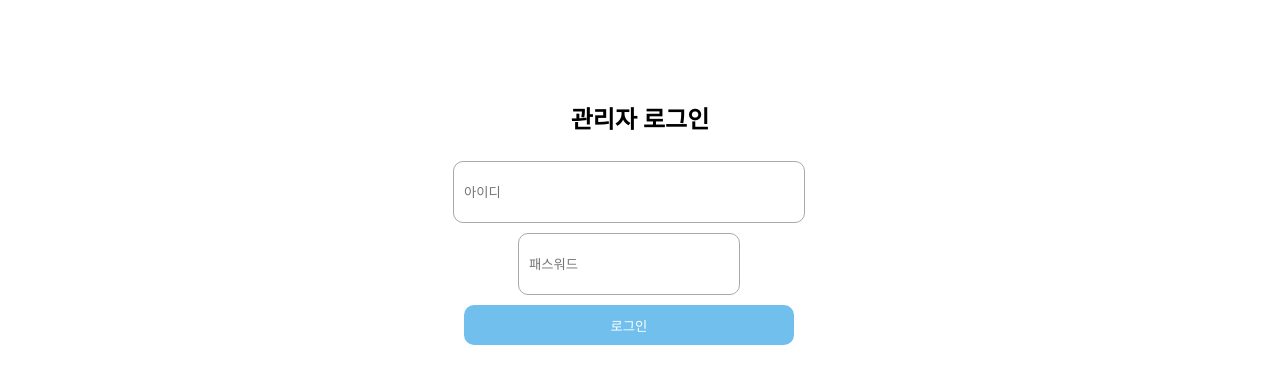
Repository: hystarbit/cinnamorollstore
Page: http://localhost/cinnamorollstore/admin/login/login.jsp
An editor plug-in stored every save of this project. The page is shown before and after the next save, followed by the edit.
The browser window is 1280 px wide. The pictures show the whole page.
Some web fonts or font styles are not loaded; a fallback is used. The page is served by Tomcat 9. Nobody is signed in. The application's start-up code is not run. Other server files are loaded and not shown.

Above is the page before, as saved 2024-09-06 03:08:46.

### cinnamorollstore/src/main/webapp/admin/login/login.jsp
<%@ page language="java" contentType="text/html; charset=UTF-8"
	pageEncoding="UTF-8"%>
<%@ taglib prefix="c" uri="http://java.sun.com/jsp/jstl/core"%>
<c:set var="path" value="${pageContext.request.contextPath}" />
<!DOCTYPE html>
<html>
<head>
<meta charset="UTF-8">
<title>시나모롤 스토어</title>
<link href="${path}/resources/css/main.css" rel="stylesheet" />
</head>

<body>
	<div id="login" class="login">
		<h2 class="login-title">관리자 로그인</h2>
		<form action="../main/adminMain.jsp" method="post" id="loginForm"
			class="loginForm">
			<input type="text" id="user_id" name="user_id" placeholder="아이디" required>
			<br>
			<input type="password" id="password" name="password"
				placeholder="패스워드" style="width:200px" required >
			<br>
			<button type="submit" id="login-submit" class="login-submit">로그인</button>
		</form>
	</div>
</body>

</html>

### cinnamorollstore/src/main/webapp/resources/css/main.css
@font-face {
	font-family: 'TTLaundryGothicB';
	src:
		url('https://fastly.jsdelivr.net/gh/projectnoonnu/2403-2@1.0/TTLaundryGothicB.woff2')
		format('woff2');
	font-weight: 700;
	font-style: normal;
}

ul, menu, li {
	list-style: none;
}

a {
	text-decoration-line: none;
	color: #333;
}

#wrap {
	width: 100%;
	min-width: 1260px;
	margin: 0 auto;
	/* border: 1px solid black; */
}

header {
	max-width: 100%;
}

.top-bar {
	/* position: absolute;
    top: 0;
    right: 0;
    left: 0; */
	min-width: 1000px;
	width: 100%;
	height: 32px;
	background-color: #71BFEC;
	z-index: 4;
	font-size: 11px;
}

#headerMenu {
	/* z-index: 10; */
	list-style: none;
	float: right;
	font-size: 11px;
}

#headerMenu>li {
	float: left;
	height: 26px;
	position: relative;
	color: white;
	padding-right: 12px;
}

#headerMenu>li>a {
	color: white;
}

#menu {
	width: 100%;
	position: relative;
	min-width: 1000px;
	top: 0px;
	z-index: 0;
	overflow: hidden;
	height: 30px;
}

#categoryList {
	position: absolute;
	z-index: 0;
	text-align: center;
	display: flex;
	justify-content: space-evenly;
	align-item: center;
	width: 100%;
}

#categoryList>li {
	color: #333;
	font-family: 'TTLaundryGothicB';
}

hr {
	margin-top: 0.5em;
	margin-bottom: 0.5em;
	margin-left: -0.5em;
	margin-right: -0.5em;
	display: block;
	overflow: hidden;
	border-style: inset;
	border-width: 0.5px;
	color: rgb(207, 207, 207);
}

.middle-bar {
	margin-left: 15px;
	margin-right: 15px;
	margin-top: 20px;
	display: flex;
	position: relative;
	z-index: 3;
}

.logo {
	display: flex;
	position: relative;
	align-items: center;
	margin: 20px 0;
}

.logo>span {
	font-size: 30px;
	color: #71BFEC;
	margin-right: 10px;
	float: left;
	font-family: 'TTLaundryGothicB';
	text-align: center;
	width: 210px;
}

.logo>span>a {
	color: #71BFEC;
}

.search {
	position: relative;
	z-index: 3;
	float: left;
	margin-left: 0;
	margin-right: 22px;
	margin-top: 30px;
	width: calc(100% - 250px);
	height: 48px;
	border: 2px solid #71BFEC;
	border-radius: 24px;
}

#searchItem {
	width: calc(100% - 50px) !important;
	left: 20px;
	color: #333;
	position: absolute;
	padding-right: 0;
	padding-left: 0;
	height: 44px;
	margin: 0;
	border: 0;
	text-indent: 8px;
	font-size: 16px;
	outline: 0;
}

.icon-menu {
	display: flex;
	margin-top: 26px;
}

.icon-menu>li {
	float: left;
	position: relative;
	margin-right: 30px;
	display: flex;
	align-items: center;
	list-style: none;
	font-size: 12px;
	font-family: 'TTLaundryGothicB';
	text-align: center;
}

.my-page, .my-cart {
	display: flex;
	flex-direction: column;
	width: 60px;
}

.my-page-icon, .my-cart-icon {
	display: flex;
	width: 60px;
	justify-content: center;
	align-items: center;
	padding-bottom: 5px;
}

.my-page-title, .my-cart-title {
	width: 60px;
	text-align: center;
}

.login {
	margin: 100px auto;
}

.login>form>input {
	height: 40px;
}

.login-title, #join-title {
	font-family: 'TTLaundryGothicB';
	text-align: center;
}

.loginForm {
	z-index: 3;
	margin-top: 26px;
	margin-right: 22px;
	list-style: none;
	font-size: 12px;
	font-family: 'TTLaundryGothicB';
	text-align: center;
}

.loginForm>input {
	margin-bottom: 10px;
	height: 20px;
	width: 330px;
	border-radius: 10px;
	padding: 10px;
	border: 1px solid darkgrey;
}

.login-submit {
	background-color: #71BFEC;
	color: white;
	height: 40px;
	width: 330px;
	margin-bottom: 10px;
	border-radius: 10px;
	border: 0;
	cursor: pointer;
}

.join-button {
	background-color: #ffffff;
	color: #71BFEC;
	height: 40px;
	width: 330px;
	margin-bottom: 10px;
	border-radius: 10px;
	border: 1px solid #71BFEC;
	cursor: pointer;
}

#item-overview {
	position: relative;
	width: 980px;
	padding: 45px 45px 0 0;
	margin: 0 auto;
}

h2 {
	font-size: 24px;
}

h3 {
	font-family: 'TTLaundryGothicB';
	color: #71BFEC;
	font-size: 18px;
	margin-left: 20px;
}

.item-list {
	display: flex;
	overflow: hidden;
	width: 890px;
	/* width: 980px; */
	/* gap: 20px; */
	/* gap: 10px; */
}

.item {
	/* float: left; */
	width: 180px;
}

.item-image {
	width: 200px;
	margin-bottom: 12px;
	align-items: center;
}

.item-infos {
	display: flex;
	flex-direction: column;
	padding-top: 10px;
	font-size: 14px;
	text-align: center;
}

.item-price {
	font-weight: bold;
	color: #ff7bb0;
	font-size: 18px;
	padding: 5px 0;
}

.footer-menu {
	display: flex;
	justify-content: space-around;
	font-size: 12px;
}

.footer-info {
	width: 100%;
	display: flex;
	justify-content: space-evenly;
	font-size: 12px;
	margin-top: 20px;
}

.footer-logo>p {
	font-size: 20px;
	color: #71BFEC;
	margin-right: 10px;
	font-family: 'TTLaundryGothicB';
	text-align: center;
	align-items: center;
	width: 150px;
}

.footer-logo>p>a {
	color: #71BFEC;
	line-height: 150%;
}

.item-info {
	width: 980px;
	margin: 20px auto;
}

.item-info>h2 {
	font-family: 'TTLaundryGothicB';
}

.item-detail {
	display: flex;
	justify-content: space-around;
	padding: 10px;
}

.item-detail-infos {
	display: flex;
	flex-direction: column;
	justify-content: left;
	font-size: 16px;
	text-align: left;
	padding-top: 10px;
	color: #333;
	font-size: 18px;
	line-height: 200%;
	width: 200px;
}

.item-detail-title {
	margin-right: 10px;
	font-weight: bold;
	font-size: 14px;
}

.item-detail-price {
	color: #ff7bb0;
	font-size: 14px;
}

.item-detail-original-price {
	color: #333;
	text-decoration-line: line-through;
}

.item-detail-count>input {
	width: 30px;
}

.item-detail-delivery-price {
	color: #333;
	font-size: 18px;
}

.left {
	display: block;
	width: 100px;
	float: left;
	text-align: right;
	padding-right: 10px;
}

.item-detail-btn {
	display: flex;
	justify-content: space-between;
	align-items: center;
	margin-top: 20px;
	gap: 10px;
}

.cart {
	width: 140px;
	height: 40px;
	background-color: white;
	border: 1px solid #71BFEC;
	border-radius: 10px;
	color: #71BFEC;
	font-weight: bold;
	cursor: pointer;
	margin: 5px;
}

.cart>a {
	color: #71BFEC;
}

.buy {
	width: 140px;
	height: 40px;
	background-color: #71BFEC;
	border: 1px solid #71BFEC;
	border-radius: 10px;
	color: white;
	font-weight: bold;
	cursor: pointer;
	margin: 5px;
}

.buy>a {
	color: white;
}

.item-cart-infos {
	display: flex;
	flex-direction: column;
	font-size: 12px;
	text-align: left;
	padding-top: 10px;
	color: #333;
	line-height: 150%;
	width: 300px;
}

.item-cart-title {
	font-size: 15px;
	margin-right: 10px;
	font-weight: bold;
}

.itemCategoryCount {
	font-size: 16px;
	color: #333;
	display: flex;
	justify-content: flex-end;
}

.itemCount {
	padding-left: 10px;
}

.itemSelect {
	display: flex;
	justify-content: space-between;
	margin-top: 10px;
	align-items: center;
}

.itemOrders {
	font-size: 16px;
	color: #333;
	display: flex;
	justify-content: flex-start;
	margin-left: -40px;
}

.itemOrder {
	padding-right: 10px;
}

.select {
	width: 80px;
	height: 30px;
	font-size: 16px;
	padding: 4px;
	color: #333;
	border-radius: 6px;
}

.delivery-info {
	margin-left: -20px;
	line-height: 150%;
	font-size: 14px;
}

.method-payment {
	font-size: 14px;
}

.order-info {
	font-size: 14px;
	width: 940px;
	margin: 10px 20px;
	text-align: center;
	border-bottom: 1px solid #333;
	border-collapse: collapse;
	line-height: 150%;
}

.order-info tr th {
	background: #71BFEC;
	color: white;
	border: 1px solid #71BFEC;
}

.order-info tr th a {
	color: white;
}

.order-info-table {
	font-size: 14px;
	width: 940px;
	margin: 10px 20px;
	border-top: 1px solid #333;
	border-bottom: 1px solid #333;
	border-collapse: collapse;
	line-height: 150%;
}

.order-info-table tr {
	border-bottom: 1px solid #333;
}

.table-left {
	color: white;
	font-weight: bold;
	text-align: right;
	padding: 4px;
	border-right: 1px solid #333;
}

.border-all {
	border: 1px solid #333;
}

.table-right {
	color: #333;
	padding: 4px;
	border-left: 1px solid #333;
}

.mypage-bar {
	border: 1px solid #333;
	width: 200px;
}

.order-period {
	text-align: center;
	font-size: 14px;
	margin-top: 20px;
	margin-bottom: 20px;
	display: flex;
	gap: 10px;
	align-items: center;
	justify-content: center;
}

.order-check {
	height: 26px;
	width: 70px;
	border: 0;
	border-radius: 4px;
	background: #71BFEC;
	color: white;
}

.order-item-detail-top {
	display: flex;
	justify-content: space-between;
	margin-top: 10px;
	font-weight: bold;
}

.order-item-detail-top-text {
	display: flex;
	justify-content: space-between;
	gap: 10px;
}

.order-buttons {
	display: flex;
	gap: 10px;
}

.order-button {
	background: white;
	border: 1px solid #71BFEC;
	border-radius: 4px;
	color: #71BFEC;
	height: 26px;
}

.dropdown-menu {
	font-size: 14px;
}

.order-item-detail-middle {
	margin-top: 10px;
	display: flex;
	justify-content: space-between;
	gap: 10px;
}

.order-item-detail-category {
	font-weight: bold;
	font-size: 18px;
}

.order-item-detail-tables {
	display: flex;
	align-items: center;
}

.order-item-detail {
	width: 900px;
	border: 1px solid darkgrey;
}

.order-item-list {
	margin: 20px;
}
/*
.nav{
    margin: 10px 0 0 10px;
    width: 120px;
    border:2px solid #71BFEC;
    border-radius: 10px;
    font-size: 14px;
    font-family: 'TTLaundryGothicB';
}


.nav-link{
    color: #71BFEC;
}


.nav-link:hover{
    color: #71BFEC;
}


.nav-item .disabled{
    background: #71BFEC;
    color: white;
}

.nav-item .active{
    color: #ff7bb0;
}
*/
.modal-title {
	font-family: 'TTLaundryGothicB';
}

.delivery-status-title {
	font-family: 'TTLaundryGothicB';
	font-size: 16px;
	color: #333;
	margin-left: 20px;
}

.modal-footer {
	display: flex;
	justify-content: center;
}

.order-info-title {
	display: flex;
	justify-content: space-between;
	align-items: center;
	/* overflow:scroll; */
}

.edit {
	width: 40px;
	height: 25px;
	margin-right: 20px;
	cursor: pointer;
}

label {
	padding-right: 10px;
}

.content {
	width: 700px;
	height: 100px;
	font-size: 14px;
	resize: none;
	text-align: left;
	/* overflow:scroll; */
}

.delete-account-info p {
	font-size: 14px;
	color: #333;
}

.items-title {
	display: flex;
	justify-content: space-between;
	align-items: center;
}

.paging {
	display: flex;
	justify-content: center;
	align-items: center;
	margin-top: 20px;
}

.page-link {
	font-size: 14px;
	color: #71BFEC;
}

.page-link:visited {
	color: #71BFEC;
}

.page-link:hover {
	color: #71BFEC;
}

.bold {
	font-weight: bold;
}

.order-management {
	border: 1px solid #333;
	padding: 10px;
}

.black {
	color: #333;
}

.border-free {
	border: 0
}

h4 {
	font-family: 'TTLaundryGothicB';
	font-size: 16px;
	margin-left: 20px;
}

.order-item-list {
	font-size: 14px;
	/* height: 124px; */
	margin-top: -1px;
	padding: 10px;
	/* overflow: scroll; */
}

p {
	line-height: 70%;
}

.text-right {
	text-align: right;
	font-size: 14px;
	margin-right: 20px;
}

.product-exposure {
	display: flex;
	gap: 20px;
	align-items: center;
	margin-left: 20px;
	font-size: 14px;
}

.admin-main-body {
	display: grid;
	grid-template-columns: 1fr 1fr;
	gap: 20px;
}

.mypage-main {
	display: grid;
	gap: 40px;
	grid-template-columns: 200px 800px;
}

testarea{
	padding: 0;
	margin: 0;
	line-height: normal;
}

.linethrough{
	text-decoration-line: line-through;
}

.reply{
	background-color: #71BFEC;
	border: 1px solid #333;
}

After the next save:
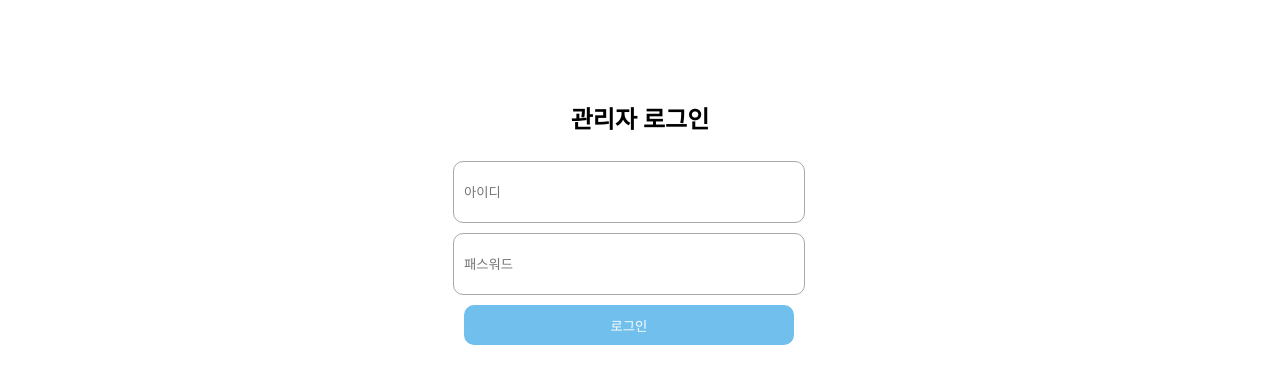
Saved 5 s later.
--- a/cinnamorollstore/src/main/webapp/admin/login/login.jsp
+++ b/cinnamorollstore/src/main/webapp/admin/login/login.jsp
@@ -18,7 +18,7 @@
 			<input type="text" id="user_id" name="user_id" placeholder="아이디" required>
 			<br>
 			<input type="password" id="password" name="password"
-				placeholder="패스워드" style="width:200px" required >
+				placeholder="패스워드" style="width:330px" required >
 			<br>
 			<button type="submit" id="login-submit" class="login-submit">로그인</button>
 		</form>
